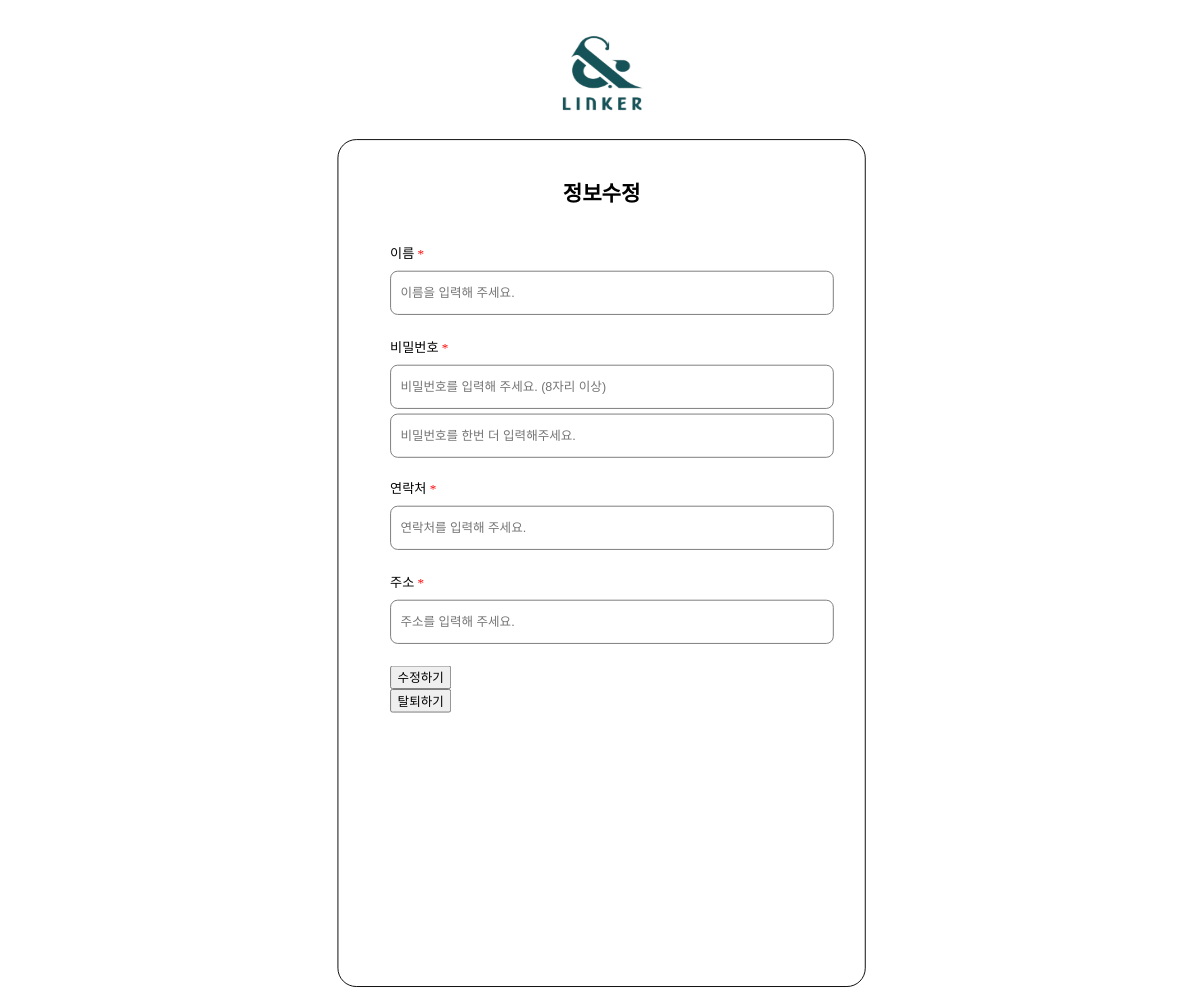
Repository: soomseting/let_me_go
Page: http://localhost/LINKER_re/jsp/main/user_update.jsp
The author's editor kept a copy of each file at every save. The page is drawn from the files as they stood at one save, then again after the next save.
The browser window is 1280 px wide. The pictures show the whole page, at 94% of full size.
The page is served by Tomcat 9.

Above is the page before, as saved 2025-03-24 05:52:50.
Console error: TypeError: Cannot set properties of null (setting 'onclick')

After the next save:
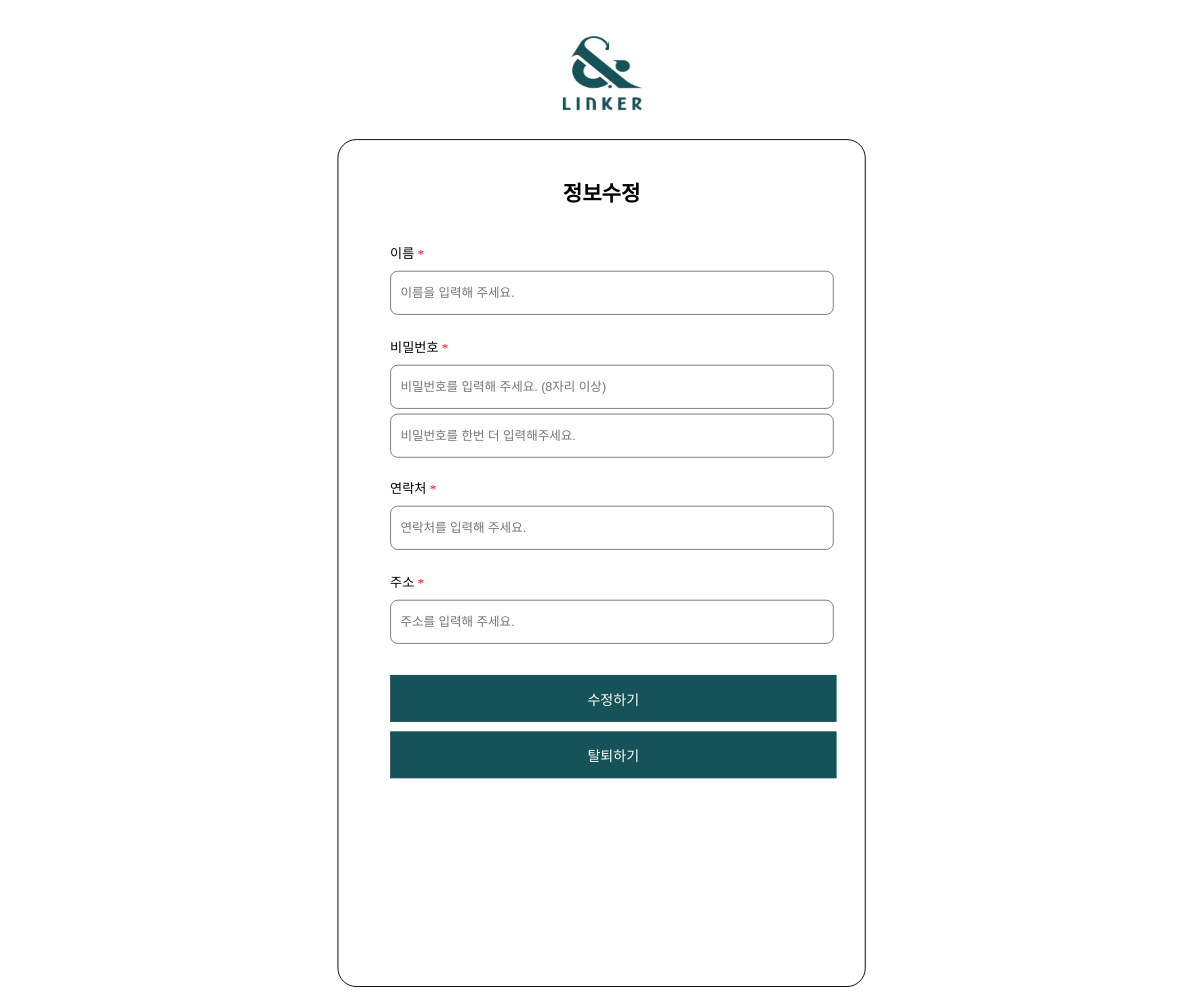
Saved 26 s later.
--- a/LINKER_re/src/main/webapp/css/sign_up.css
+++ b/LINKER_re/src/main/webapp/css/sign_up.css
@@ -14,7 +14,7 @@
 .su_input input[placeholder]{padding: 0 10px;}
 .su_con_one{margin-top: 50px;}
 /* .su_con_for{margin-top: 15px;} */
-.su_con_for input{width: 475px;height: 50px; margin-top: 10px; background: #165358; color: #fff;font-size: 15px;transition: 0.3s;border: none;}
+.su_con_for button{width: 475px;height: 50px; margin-top: 10px; background: #165358; color: #fff;font-size: 15px;transition: 0.3s;border: none;}
 .su_con_for>.sui1:hover input{background: #518682; transition: 0.3s;border: none;cursor: pointer;}
 .su_con_for>.sui2:hover input{background: #518682; transition: 0.3s;border: none;cursor: pointer;}
 
